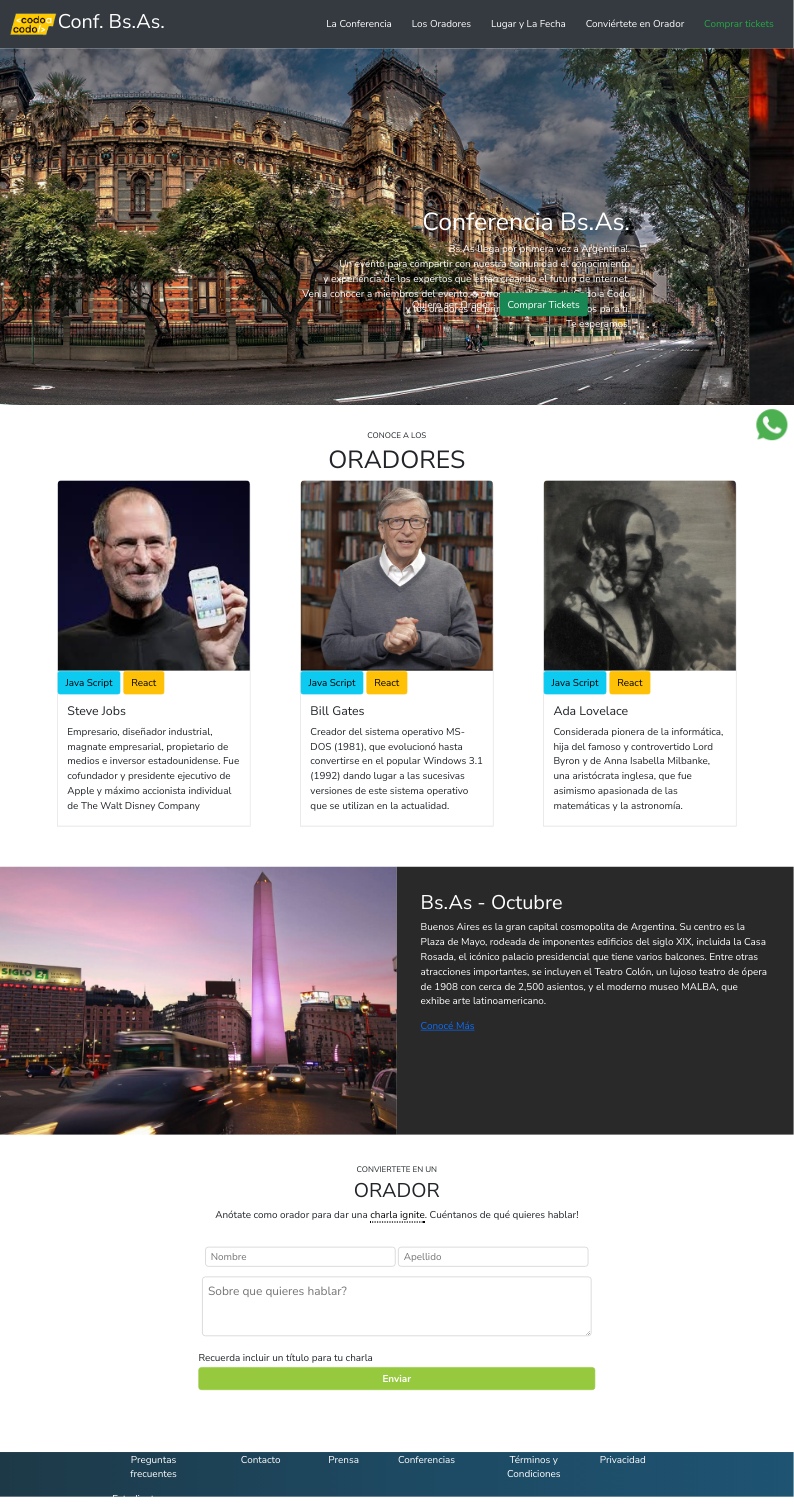
Repository: Melire/trabajo-final-BS
Page: index.html
The author's editor kept a copy of each file at every save. The page is drawn from the files as they stood at one save, then again after the next save.
The browser window is 1280 px wide. The pictures show the whole page, at 62% of full size.

Above is the page before, as saved 2023-05-10 16:48:33.

After the next save:
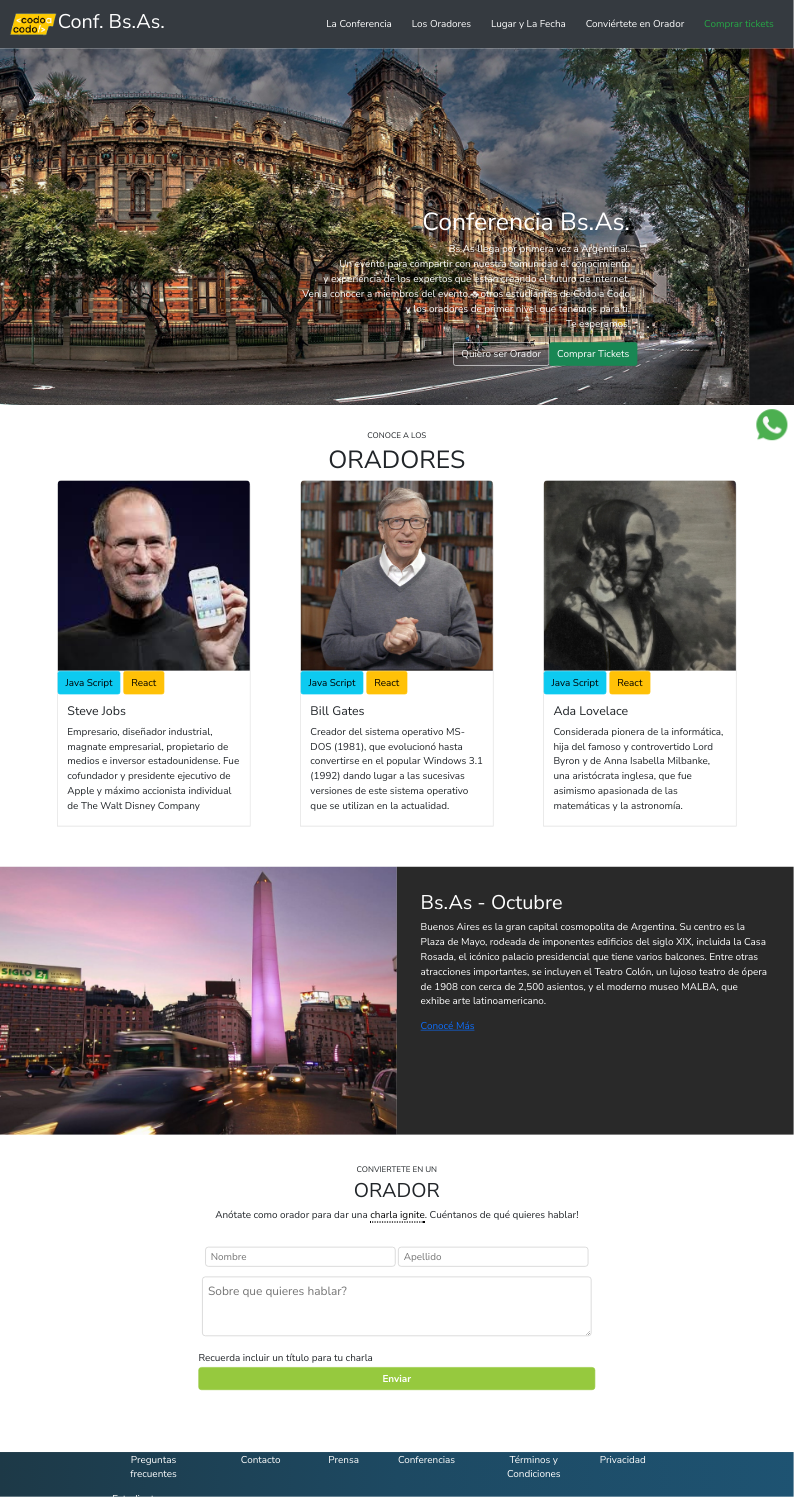
Saved 14 s later.
--- a/css/estilos3.css
+++ b/css/estilos3.css
@@ -75,7 +75,6 @@
     display:flex;
     flex-direction:row;
     justify-content:flex-end;
-    margin: 5rem;
     align-items: end;
    padding:3rem ;
 }
